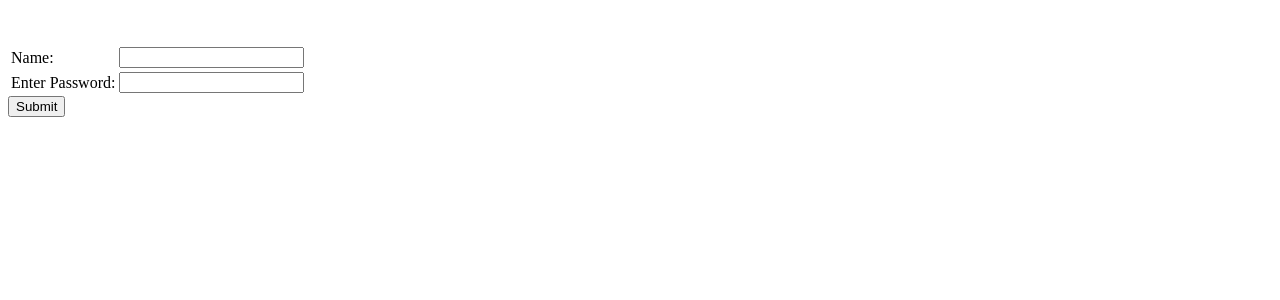
Repository: anshudabar/lab-assessment-3
Page: http://localhost/TraineeManagementApp/LoginPage.jsp
The author's editor kept a copy of each file at every save. The page is drawn from the files as they stood at one save, then again after the next save.
The browser window is 1280 px wide. The pictures show the whole page.
The page is served by Tomcat 9. Other server files are loaded and not shown.

Above is the page before, as saved 2021-03-04 12:16:43.

### TraineeManagementApp/WebContent/LoginPage.jsp
<%@ page language="java" contentType="text/html; charset=ISO-8859-1"
	pageEncoding="ISO-8859-1"%>
<!DOCTYPE html>
<html>
<head>
<meta charset="ISO-8859-1">
<title>Login</title>

</head>
<body>
	${param.error}
	<br> ${param.message }
	<br>

	<div>
		<form id="login-form" action="logincontroller" method="POST"
			onsubmit="return validateForm()">
			<table>
				<tr>
					<td>Name:</td>
					<td><input type="text" name="username" /></td>
				</tr>

				<tr>
					<td>Enter Password:</td>
					<td><input type="password" name="password" /></td>
				</tr>
			</table>

			<input type="submit" />
		</form>

	</div>

	<script type="text/javascript" src="WEB-INF/views/validation.js"></script>
</body>
</html>

### TraineeManagementApp/WebContent/WEB-INF/views/validation.js
function validateForm() {
	var x = document.forms["login-form"]["name"].value;
	if (x == "") {
		alert("Please enter name");
		return false;
	}
}

After the next save:
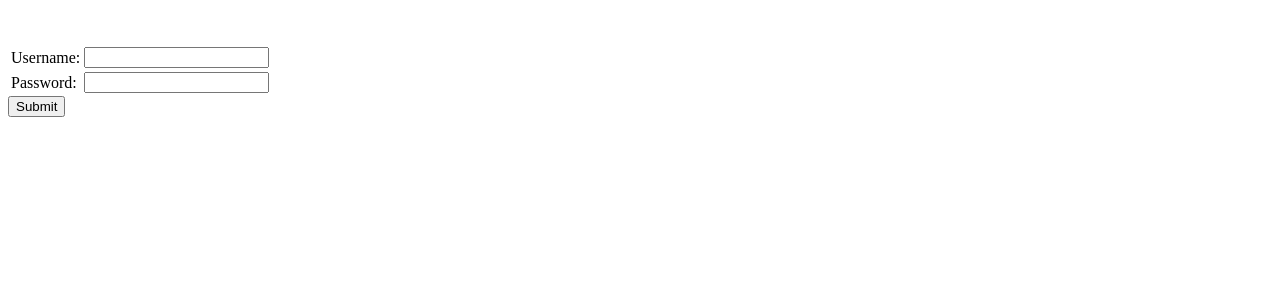
Saved 12 s later.
--- a/TraineeManagementApp/WebContent/LoginPage.jsp
+++ b/TraineeManagementApp/WebContent/LoginPage.jsp
@@ -17,12 +17,12 @@
 			onsubmit="return validateForm()">
 			<table>
 				<tr>
-					<td>Name:</td>
+					<td>Username: </td>
 					<td><input type="text" name="username" /></td>
 				</tr>
 
 				<tr>
-					<td>Enter Password:</td>
+					<td>Password: </td>
 					<td><input type="password" name="password" /></td>
 				</tr>
 			</table>
